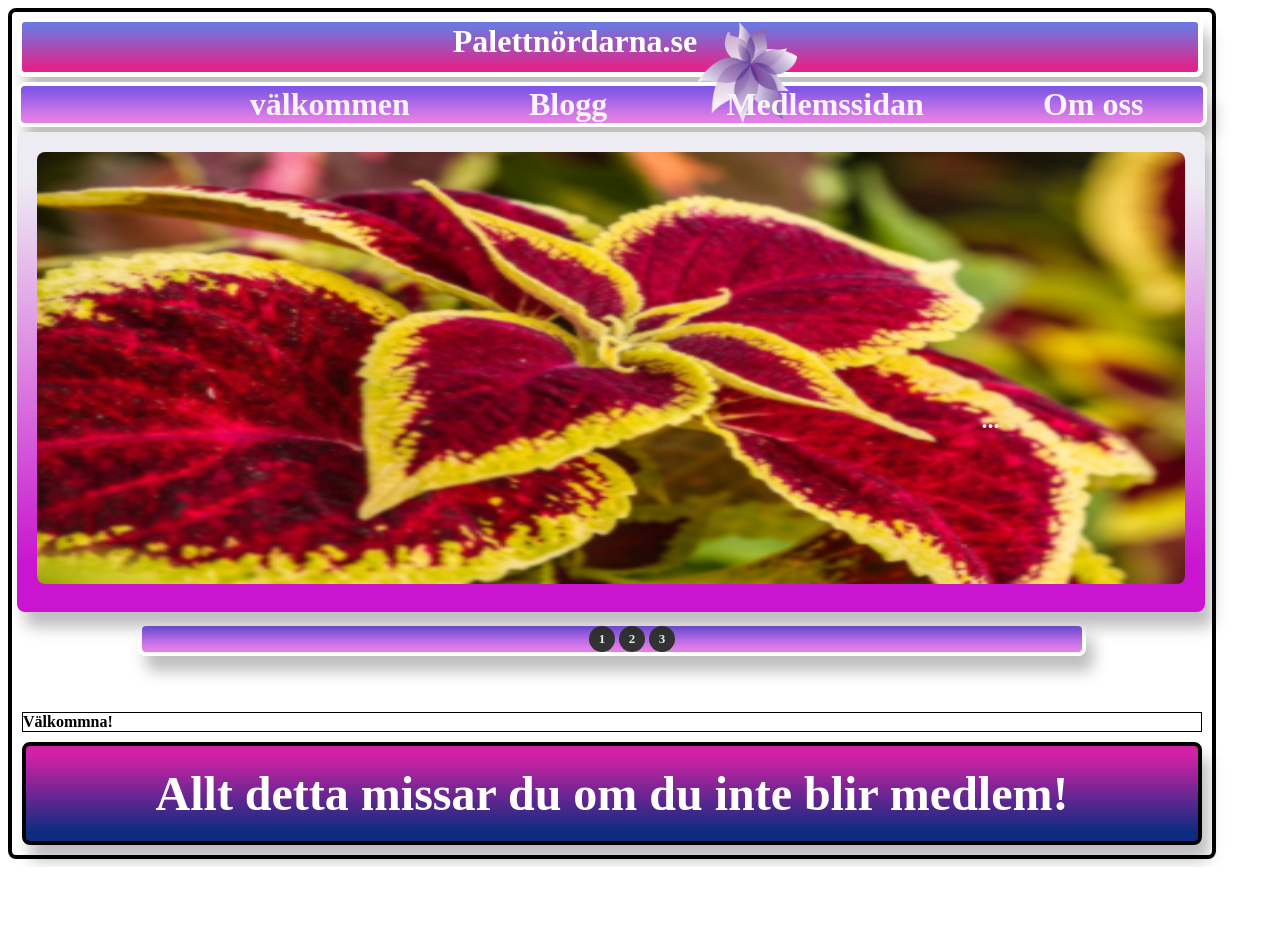
Repository: Webutveckling-20-21/lektion-3-CSS
Page: valkommen.html
These files come from the project's save history. The page is drawn as it stood at one moment and after the next save; the edit follows.
The browser window is 1280 px wide. The pictures show the whole page.
Some web fonts or font styles are not loaded; a fallback is used.

Above is the page before, as saved 2021-10-15 16:21:07.

### valkommen.html
<!DOCTYPE html>
<html lang="en">
<head>
    <meta charset="UTF-8">
    <meta http-equiv="X-UA-Compatible" content="IE=edge">
    <meta name="viewport" content="width=device-width, initial-scale=1.0">
    <link rel="stylesheet" href="style5.css">
    <title>Välkommen palettnördarna</title>
</head>
<body>
   <div class="header">

      <h1>Palettnördarna.se</h1>
      <div class="logo">
          <img src="images/logga1.svg" alt="logga" class="logo-img">
      </div>

  </div>

  <ul class="navbar">

      <li class="nav-list">
        <li>
        <a href="valkommen.html"> välkommen</a></li>
        <li>
          <a href="blogg.html">Blogg</a>
      </li>
      <li><a href="medlemssidan.html">Medlemssidan</a></li>
      <li><a href="om oss.html">Om oss</a></li>

  </ul>
  <div class="slider-wrapper">
   <div class="slider">
     <input type="radio" name="slider" class="trigger" id="one" checked="checked" />
     <div class="slide">
       <figure class="slide-figure">
         <img class="slide-img" src="images/col2bild1.jpg" />
         <figcaption class="slide-caption"><p>...</p></figcaption>
       </figure><!-- .slide-figure -->
     </div><!-- .slide -->
     <input type="radio" name="slider" class="trigger" id="two" />
     <div class="slide">
       <figure class="slide-figure">
         <img class="slide-img" src="images/col11bild2.jpg" />
         <figcaption class="slide-caption"><p>...</p></figcaption>
       </figure><!-- .slide-figure -->
     </div><!-- .slide -->
     <input type="radio" name="slider" class="trigger" id="three" />
     <div class="slide">
       <figure class="slide-figure">
         <img class="slide-img" src="images/col6bild3.jpg" />
         <figcaption class="slide-caption"><p>...</p></figcaption>
       </figure><!-- .slide-figure -->
     </div><!-- .slide -->
   </div><!-- .slider -->
   <div class="slider-counter">
   <ul class="slider-nav">
     <li class="slider-nav__item"><label class="slider-nav__label" for="one">1</label></li>
     <li class="slider-nav__item"><label class="slider-nav__label" for="two">2</label></li>
     <li class="slider-nav__item"><label class="slider-nav__label" for="three">3</label></li>
   </ul>

  </div>
  <br> <br> <br>

 </div>

 <br>
 <br>
 <br>
 <br>
 <br>
 <div class="light-buttons">
  Välkommna!
</div>
     <footer class="footer-place"> Allt detta missar du om du inte blir medlem!</footer>

</body>
</html>

### style5.css
@import url('https://fonts.googleapis.com/css2?family=Grechen+Fuemen&display=swap');
@import url('https://fonts.googleapis.com/css2?family=Roboto&display=swap');
@import url('https://fonts.googleapis.com/css2?family=Merriweather:wght@700&display=swap');

body {
    font-family: 'Grechen Fuemen', cursive;
    font-weight: bolder;
    border: 4px solid black;
    border-radius: 8px;
    max-width: 1200px;
}

.header {
    display: flex;
    width: 98%;
    height: 50px;
    border: 5px solid white;
    background: linear-gradient(to bottom, #6f76df 10%, #df258b 90%);
    box-shadow: 7.6px 15.2px 15.2px hsl(0deg 0% 0% / 0.26);
    border-radius: 8px;
    justify-content: center;
    margin: 5px;
}

.header h1 {
    margin-top: 1px;
    flex-wrap: wrap;
    font-size:2rem;
    color:white;
    margin-left: 50px;
    z-index: 2;

}

.logo-img {
    border: 0px;
    max-width: 100px;
        margin-right: 20px;

}

.navbar {
   width: auto;
   height: auto;
   display: flex;
   align-items: center;
   justify-content: space-around;
   background-color: #eed9f8;
   margin: 5px;
   border-radius: 8px;
   flex-wrap: wrap;
}

ul {
   list-style-type: none;
   flex-wrap: wrap;
   margin-left: 5;
   margin-right: 5;
   padding: 10;
   width: 90%;
   height: auto;
   overflow: hidden;
   border: 4px solid white;
   background: linear-gradient(to bottom, #8257e7 10%, #e47ee7 90%);
   box-shadow: 7.6px 15.2px 15.2px hsl(0deg 0% 0% / 0.26);
}

.nav-list {
   margin: 5px;
   flex-wrap: wrap;
}

a {
   text-decoration: none;
   font-size: 2rem;
   color: rgb(250, 244, 250);
}

a:hover {
   color: rgb(100, 59, 212);
}



/*img>.slide-img{

   height: 100%;
   width: auto;
   height: auto;
   box-shadow: 7.6px 15.2px 15.2px hsl(0deg 0% 0% / 0.26);
   padding:10px;
}*/
img .slide-image{
   max-width: 95%;
   max-height: auto;
   vertical-align: middle;
   border: radius 20px;
   margin-bottom: 5px;

 }

 .trigger {
   display: none;
 }

 .slider, .slider-wrapper {
   position: relative;
   height: 250px;
 }

 .slide {
  background: linear-gradient(to bottom, #eeecf3 10%, #c915cf 90%);
  box-shadow: 7.6px 15.2px 15.2px hsl(0deg 0% 0% / 0.26);
   width: 99%;
   overflow: hidden;
   position: absolute;
   height: 100%;
   left: 0;
   top: 0;
   z-index: 5000;
   opacity: 0;
   transition: opacity .5s ease-in-out;
   border-radius: 8px;
   margin-left:5px;

 }

 .slide-img {
   filter: brightness(100%);
   object-fit: fill;
   display: block;
   margin:  0  auto;
   border-radius: 8px;


 }
 .slider-counter {
   display:flex;
   justify-content:center;
  margin-top: 5px;

 }

 .slide-figure {
   display:flex;
   justify-content:center;
   height: 90%;
   position: relative;
   margin: 10px;
   padding: 10px;


 }

 .slide-caption {
   position: absolute;
   bottom: 30%;
   width: calc(100% - 1rem);
   color: white;
   text-align: center;
   left: 50%;
 }

 .trigger:checked + .slide {
   z-index: 6000;
   opacity: 1;
 }

 .slider-nav {
   width: 75%;
   text-align: center;
   margin: 1rem 0;
   margin:5px;
   border-radius:8px;
 }

 .slider-nav__item {
   display: inline-block;
 }

 .slider-nav__label {

   font-size: 13px;
   background-color: #333;
   display: block;
   height: 2em;
   line-height: 2em;
   width: 2em;
   text-align: center;
   border-radius: 50%;
   color: rgb(235, 237, 241);
   cursor: pointer;
   transition: background-color .25s, color .25s ease-in-out;

 }

 .slider-nav__label:hover,
 .slider-nav__label:active,
 .slider-nav__label:focus {
   background-color: rgb(218, 20, 125);
   color: black;
 }

 .light-buttons{
   border: 1px solid black;
   margin:10px;
 }
.footer-place {
    padding: 20px;
    margin: 10px;
    border: 4px solid black;
    background: linear-gradient(180deg, #d121a5 10%, #0d2b80 90%);
    box-shadow: 7.6px 15.2px 15.2px hsl(0deg 0% 0% / 0.26);
    border-radius: 8px;
    font-size: 3rem;
    text-align: center;
    color: white;
}

/* Portrait and Landscape */
@media only screen and (min-device-width: 320px) and (max-device-width: 480px) and (-webkit-min-device-pixel-ratio: 2) {}
@media only screen and (min-width: 1024px) {
   .slider, .slider-wrapper {
     height: 480px;
   }

   .slide-caption {
     width: 65%;
     font-size: 1.5rem;
   }
 }

 @media only screen and (max-width: 1200px) and (min-width: 768px) {
   .slider, .slider-wrapper {
     height: 360px;
   }

   .slide-caption {
     width: 75%;
     font-size: 1.25rem;
   }
 }

 @media only screen and (min-width: 768px) {
   body{
    @media (min-width: 481px) and (max-width: 1200px) {

      /* CSS */

    }
   }
   .slide-img {
     width: 100%;
     height: auto;
   }
 }

After the next save:
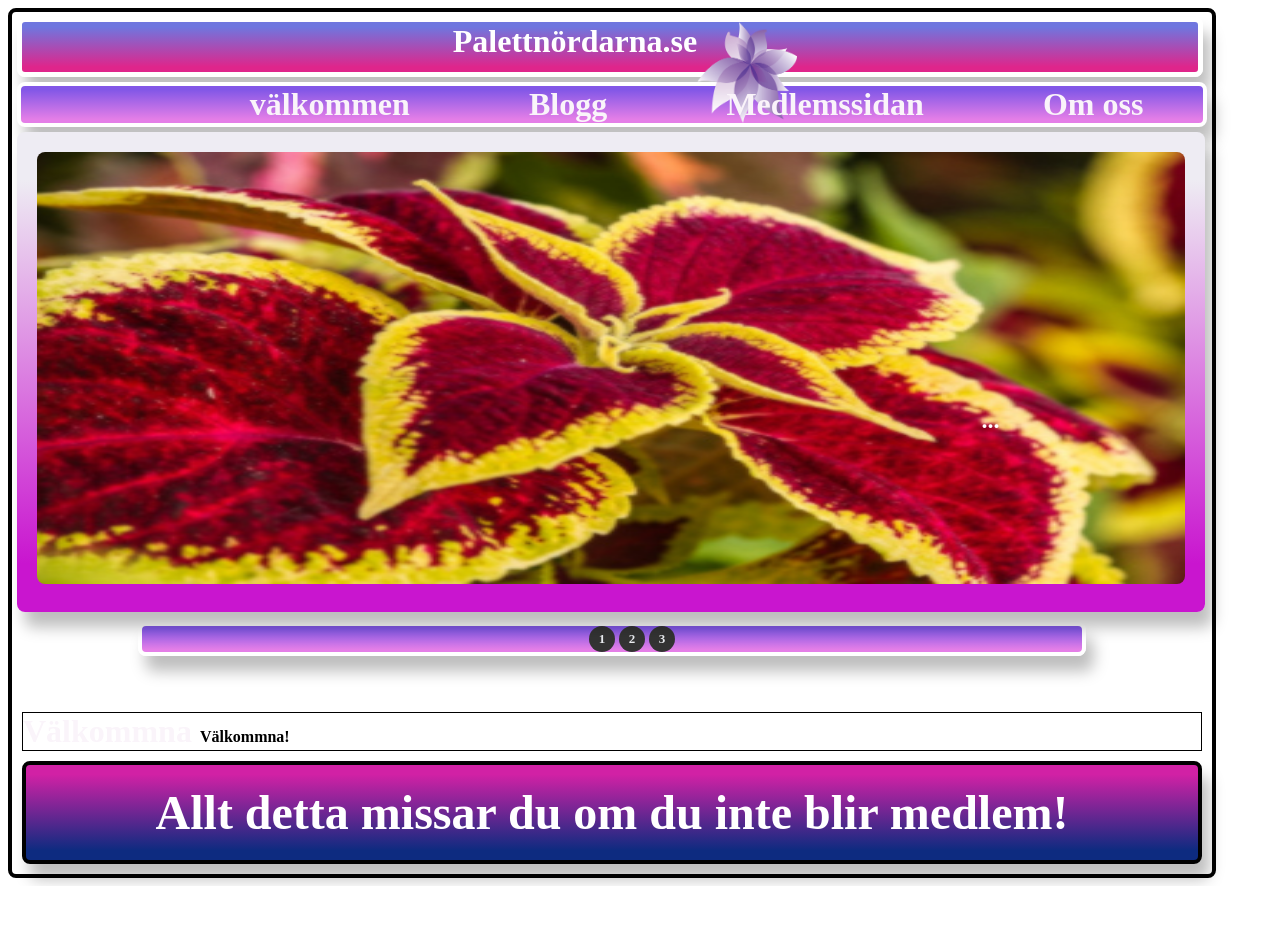
Saved 99 s later.
--- a/valkommen.html
+++ b/valkommen.html
@@ -71,6 +71,13 @@
  <br>
  <br>
  <div class="light-buttons">
+  <a href="#">
+    <span></span>
+    <span></span>
+    <span></span>
+    <span></span>
+    Välkommna
+</a>
   Välkommna!
 </div>
      <footer class="footer-place"> Allt detta missar du om du inte blir medlem!</footer>
